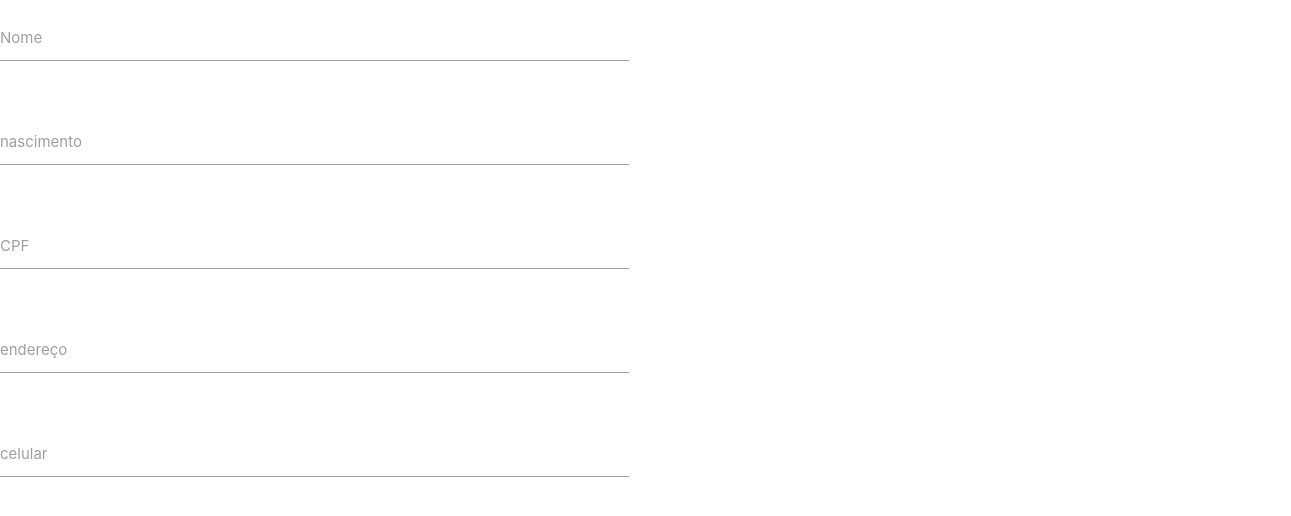
Repository: luizasilveira/TechWeb
Page: Projeto1/techWebP1/WebContent/register.html
These files come from the project's save history. The page is drawn as it stood at one moment and after the next save; the edit follows.
The browser window is 1280 px wide. The page is 1291 px wide, so the pictures cover 1291 px, including what lies to the right of the window. The pictures show the whole page.

Above is the page before, as saved 2019-09-06 20:05:41.

### Projeto1/techWebP1/WebContent/register.html
<!DOCTYPE html>
<html>
<head>
<meta charset="ISO-8859-1">
<title>HOME</title>
<!--Import Google Icon Font-->
<link href="https://fonts.googleapis.com/icon?family=Material+Icons"
	rel="stylesheet">
<!--Import materialize.css-->
<link rel="stylesheet"
	href="https://cdnjs.cloudflare.com/ajax/libs/materialize/1.0.0/css/materialize.min.css">
</head>

<body>
	<form action="./ClientRegister" method="POST" class="col s12">
		<div class="row">
			<div class="input-field col s6">
				<input id="Nome" type="text" class="validate"> <label
					for="first_name">Nome </label>
			</div>
		</div>
		<div class="row">
			<div class="input-field col s6">
				<input id="nascimento" type="text" class="validate"> <label
					for="nascimento">nascimento</label>
			</div>
		</div>
		<div class="row">
			<div class="input-field col s6">
				<input id="CPF" type="text" class="validate"> <label
					for="CPF">CPF</label>
			</div>
		</div>
		<div class="row">
			<div class="input-field col s6">
				<input id="endereço" type="text" class="validate"> <label
					for="endereço">endereço</label>
			</div>
		</div>
		<div class="row">
			<div class="input-field col s6">
				<input id="celular" type="text" class="validate"> <label
					for="celular">celular</label>
			</div>
		</div>
	</form>

	<script src="https://code.jquery.com/jquery-1.12.0.min.js"></script>
	<script
		src="https://cdnjs.cloudflare.com/ajax/libs/materialize/1.0.0/js/materialize.min.js"></script>





</body>
</html>

After the next save:
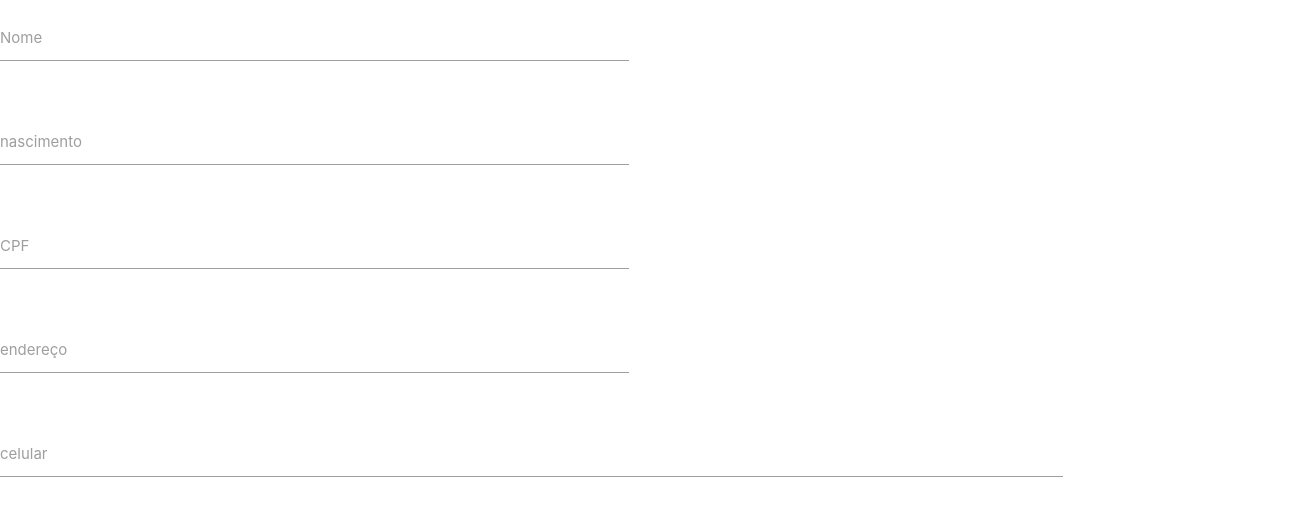
Saved 6 s later.
--- a/Projeto1/techWebP1/WebContent/register.html
+++ b/Projeto1/techWebP1/WebContent/register.html
@@ -38,7 +38,7 @@
 			</div>
 		</div>
 		<div class="row">
-			<div class="input-field col s6">
+			<div class="input-field col s10">
 				<input id="celular" type="text" class="validate"> <label
 					for="celular">celular</label>
 			</div>

After the save that followed:
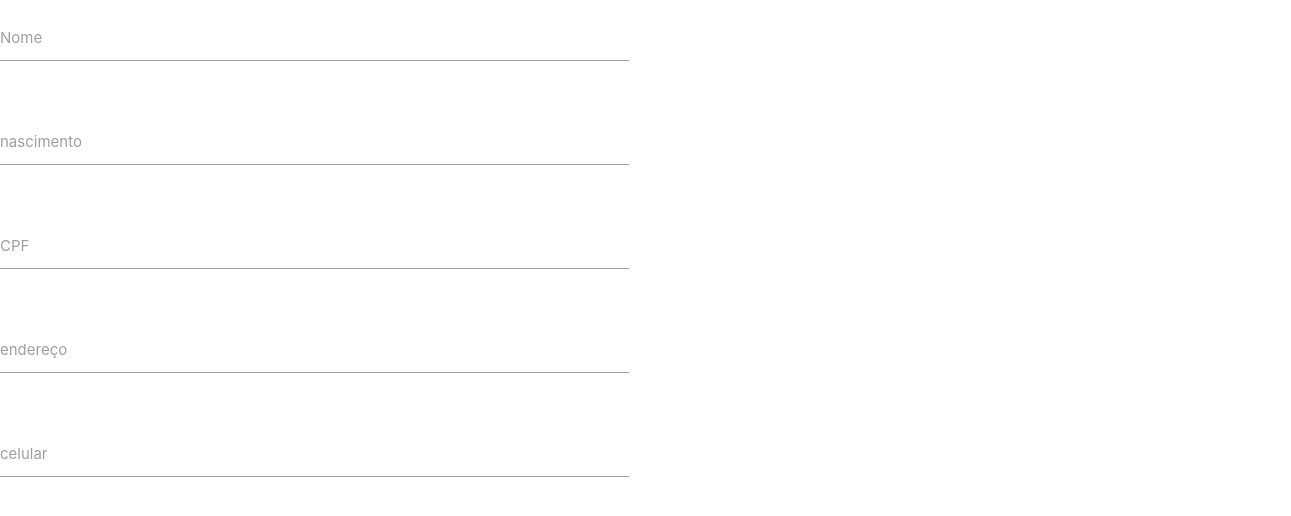
Saved 7 s later.
--- a/Projeto1/techWebP1/WebContent/register.html
+++ b/Projeto1/techWebP1/WebContent/register.html
@@ -38,7 +38,7 @@
 			</div>
 		</div>
 		<div class="row">
-			<div class="input-field col s10">
+			<div class="input-field col s6">
 				<input id="celular" type="text" class="validate"> <label
 					for="celular">celular</label>
 			</div>
